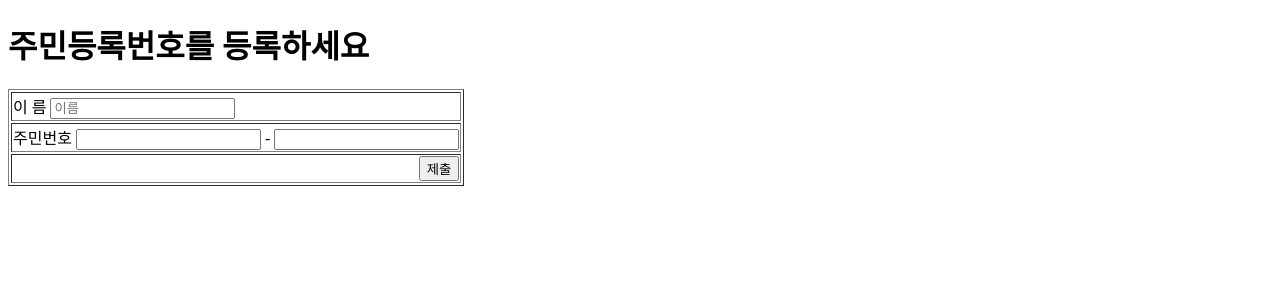
Repository: Jamikidu/newJsp
Page: http://localhost/jspProj/redirectExam/input.jsp
An editor plug-in stored every save of this project. The page is shown before and after the next save, followed by the edit.
The browser window is 1280 px wide. The pictures show the whole page.
The page is served by Tomcat 9.

Above is the page before, as saved 2023-08-02 11:21:37.

After the next save:
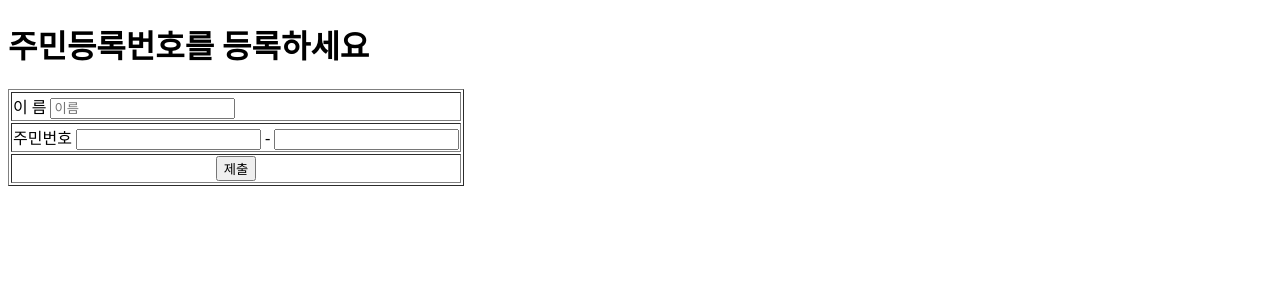
Saved 31 s later.
--- a/jspProj/src/main/webapp/redirectExam/input.jsp
+++ b/jspProj/src/main/webapp/redirectExam/input.jsp
@@ -17,7 +17,7 @@
 		<td>주민번호 <input type="text" name="frontNum"> - <input type="text" name="backNum"></td>
 	</tr>
 	<tr>
-		<td align="right"><button type="center">제출</button></td>
+		<td align="center"><button type="submit">제출</button></td>
 	</tr>
 </table>
 
